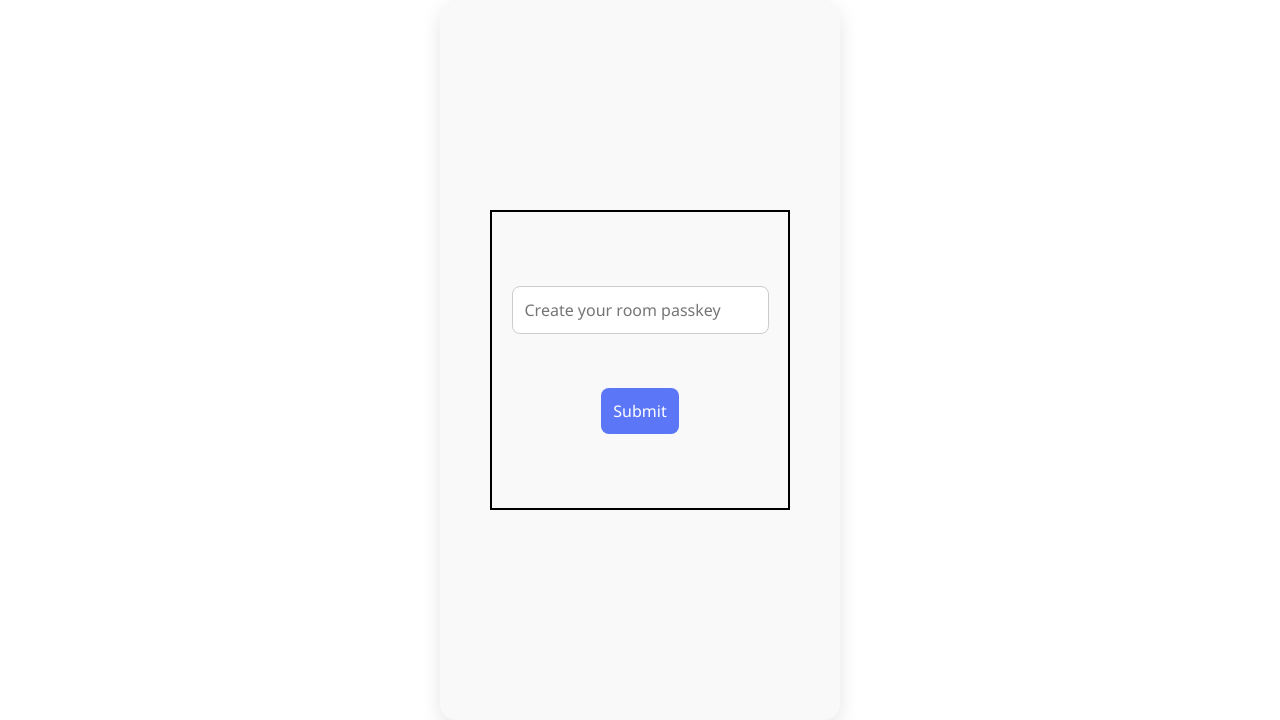
Repository: sarthak-tyagi123/fsd
Page: http://localhost/passkey
These files come from the project's save history. The page is drawn as it stood at one moment and after the next save; the edit follows.
The browser window is 1280 px wide. The pictures show the whole page.
The page is served by the project's Node server (app.js).

Above is the page before, as saved 2025-04-30 14:55:18.

After the next save:
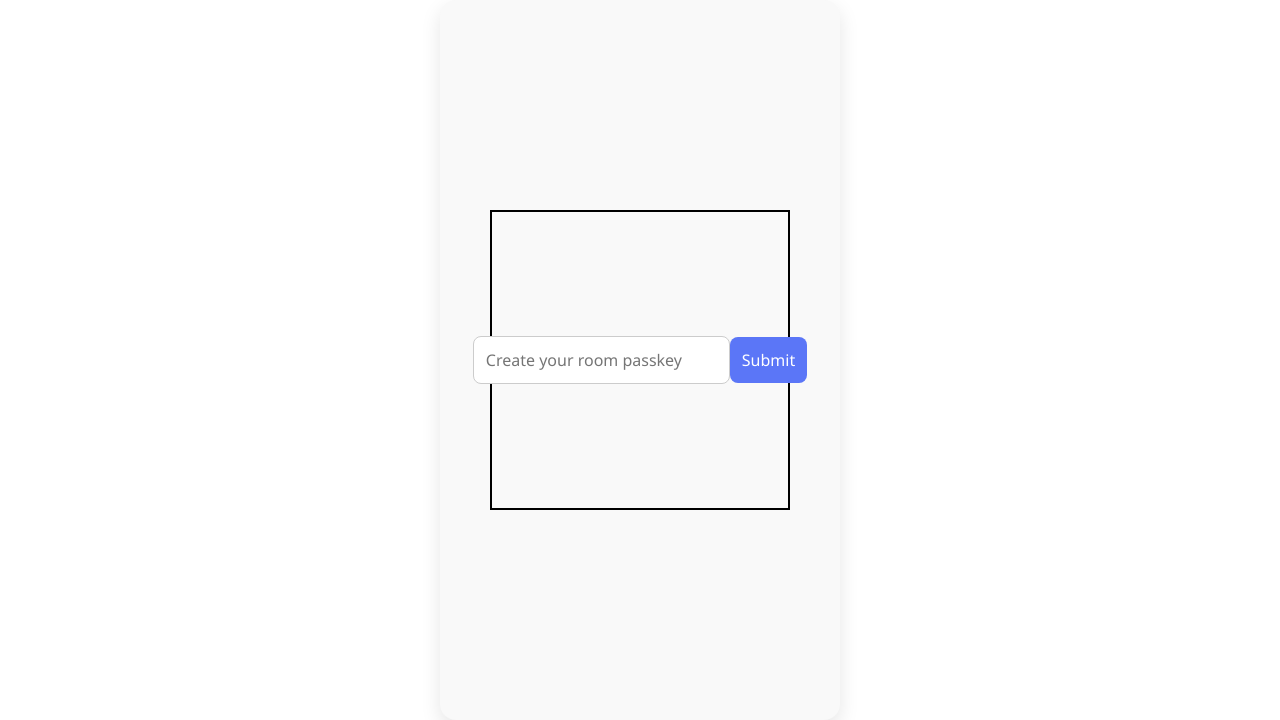
Saved 22 s later.
--- a/public/stylesheet/passkey.css
+++ b/public/stylesheet/passkey.css
@@ -22,11 +22,11 @@
     max-width: 400px;
   }
 
-  .passkey {
+  /* .passkey {
     display: flex;
     flex-direction: column;
     gap: 1rem;
-  }
+  } */
 
   .passkeybox {
     padding: 0.75rem;

After the save that followed:
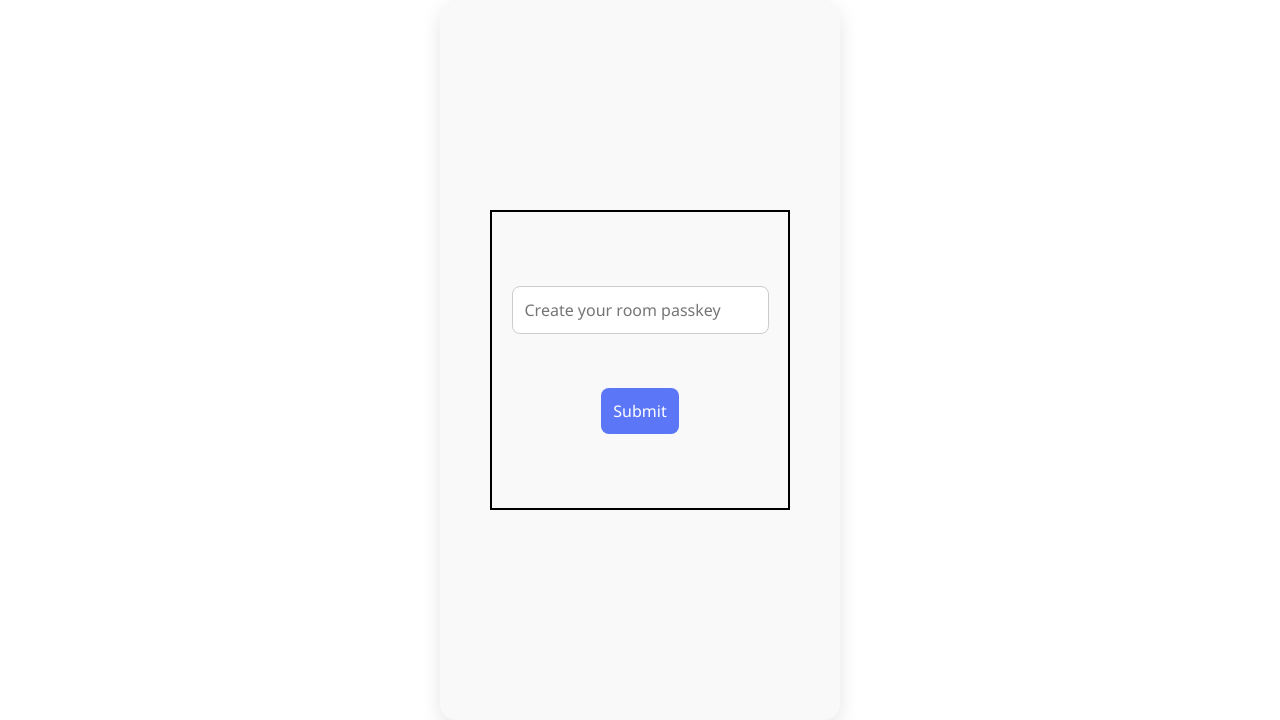
Saved 6 s later.
--- a/public/stylesheet/passkey.css
+++ b/public/stylesheet/passkey.css
@@ -22,11 +22,11 @@
     max-width: 400px;
   }
 
-  /* .passkey {
+  .passkey {
     display: flex;
     flex-direction: column;
     gap: 1rem;
-  } */
+  }
 
   .passkeybox {
     padding: 0.75rem;
